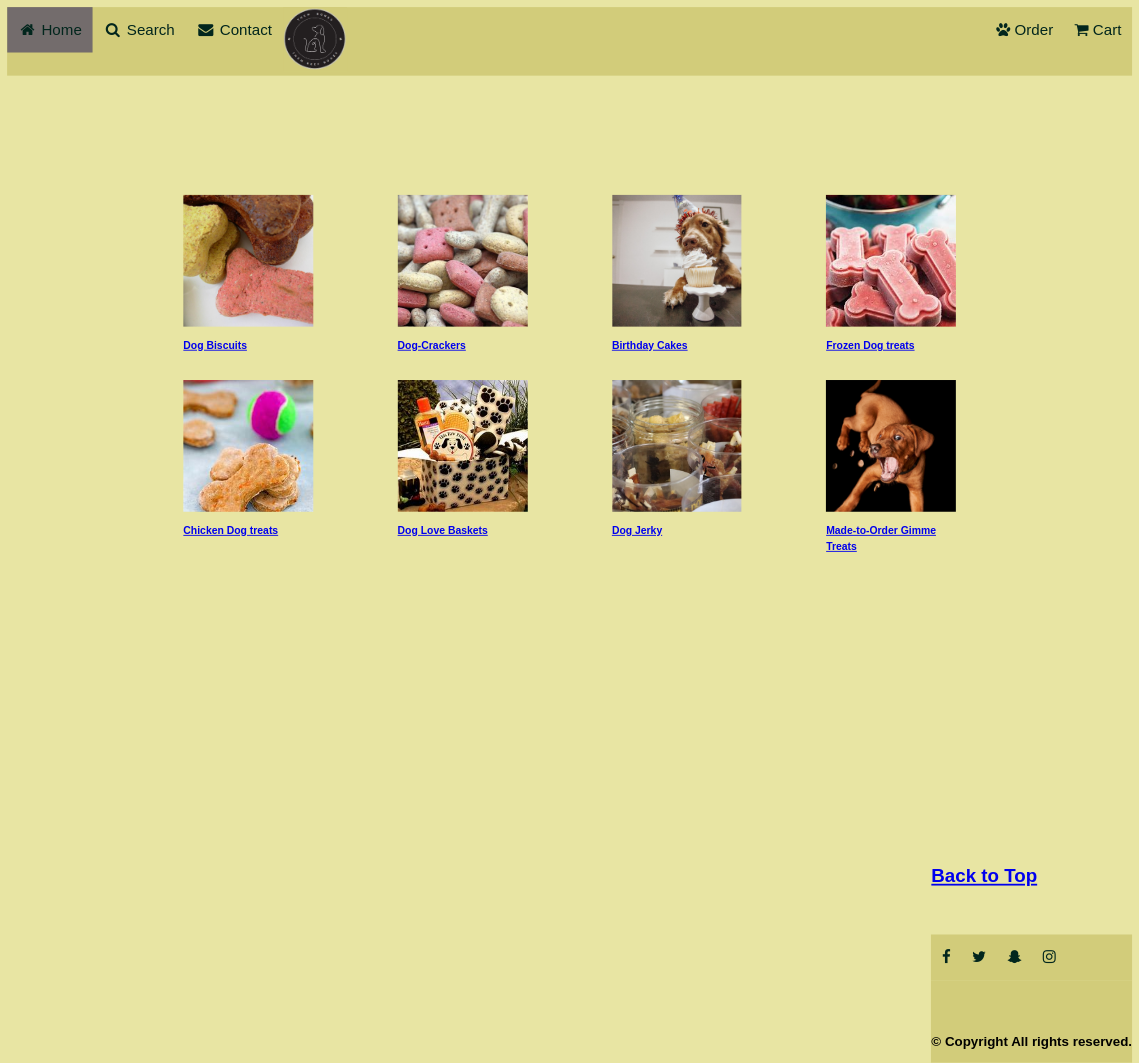
Repository: vgoins-RA2022/HTML-1
Page: index.html
The author's editor kept a copy of each file at every save. The page is drawn from the files as they stood at one save, then again after the next save.
The browser window is 1280 px wide. The pictures show the whole page, at 89% of full size.

Above is the page before, as saved 2023-01-21 19:10:01.

After the next save:
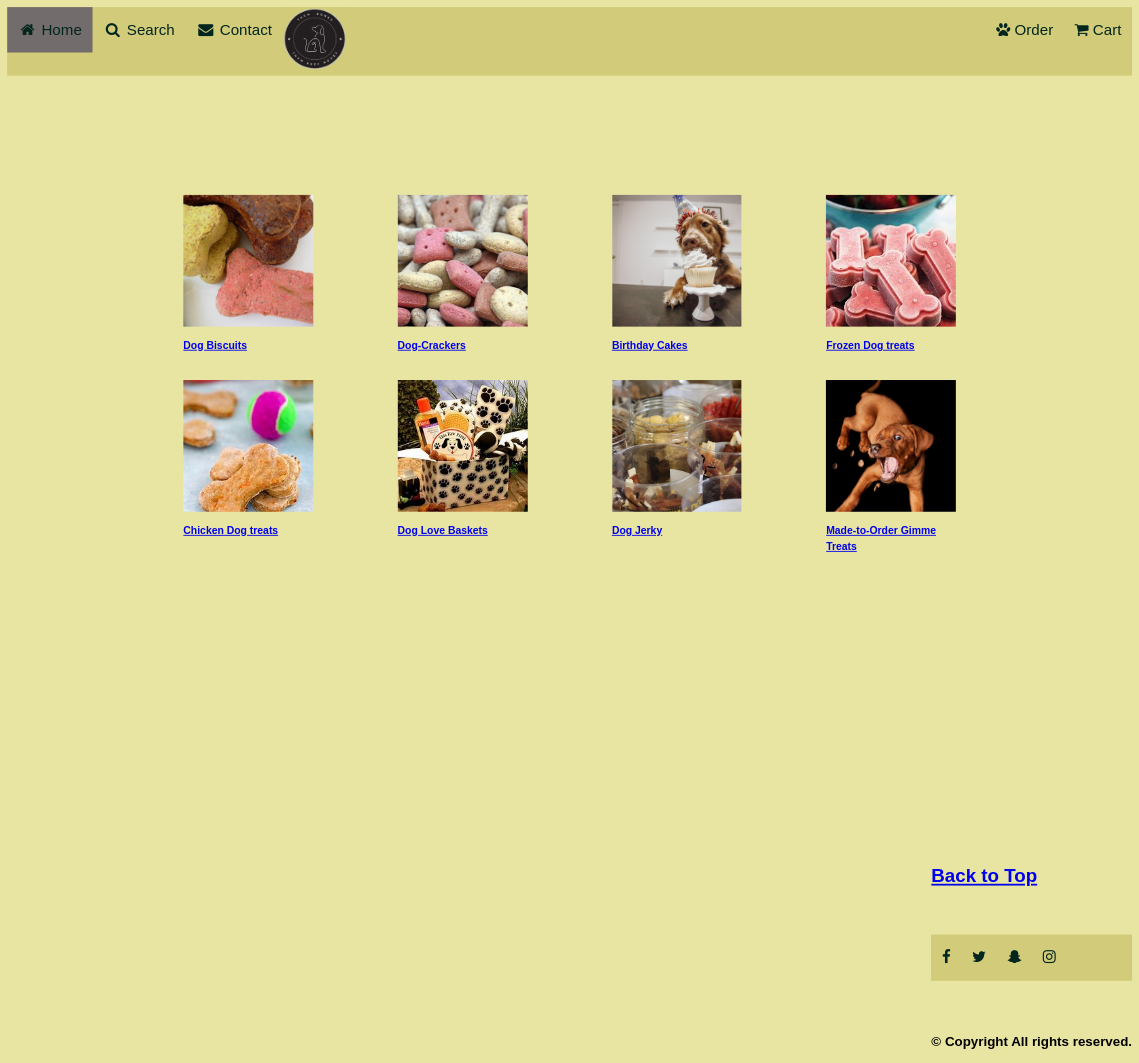
Saved 4 min 1 s later.
--- a/index.html
+++ b/index.html
@@ -99,7 +99,7 @@
       <a href="#"><i class="fa fa-instagram"></i> </a>
 
     </div>
-    <div class="navbar" float:right>
+    <div right>
         <p class="copyright"> <h2>&copy; Copyright All rights reserved.</h2> </p>
     </div>
 
